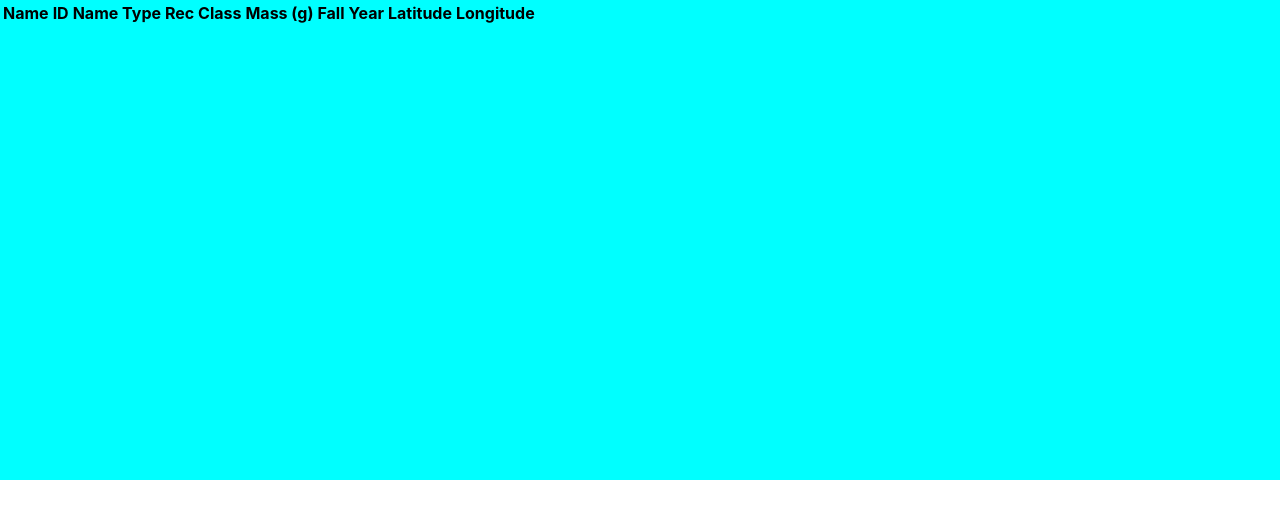
Repository: Tsardines/meteorite-explorer
Page: / (app in meteorite-explorer/)
These files come from the project's save history. The page is drawn as it stood at one moment and after the next save; the edit follows.
The browser window is 1280 px wide. The pictures show the whole page.
The page's requests for data from a server got no answer. The project was rebuilt for these pictures with package versions that can differ from the ones it lists, and the page was loaded fresh each time. No one was signed in, and anything a server would have sent is missing.

Above is the page before, as saved 2019-05-27 16:34:30.

After the next save:
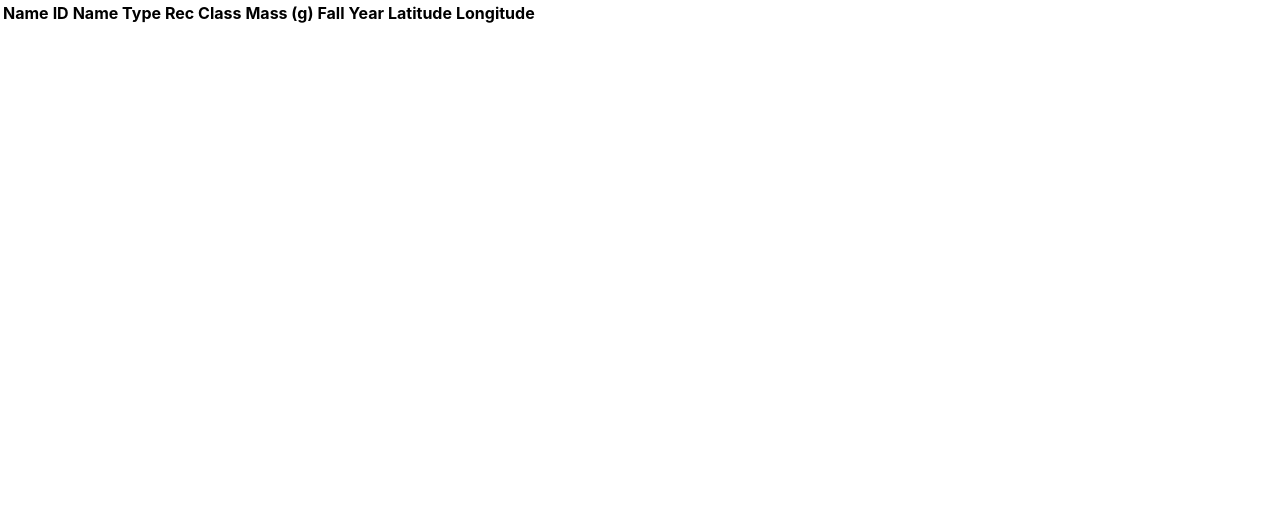
Saved 6 s later.
--- a/meteorite-explorer/src/App.css
+++ b/meteorite-explorer/src/App.css
@@ -1,5 +1,5 @@
 .wrapper {
-  background-color: aqua;
+  /* background-color: aqua; */
   height: 30rem;
   overflow-y: scroll;
 }
